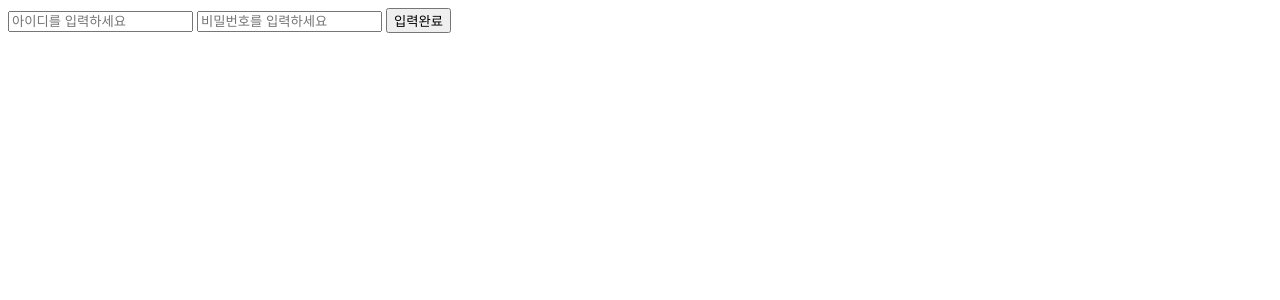
Repository: Andante8989/jsp_practice
Page: http://localhost/JSPBasic/jspobject/cookie/cookie_login.jsp
These files come from the project's save history. The page is drawn as it stood at one moment and after the next save; the edit follows.
The browser window is 1280 px wide. The pictures show the whole page.
The page is served by Tomcat 9.

Above is the page before, as saved 2022-03-28 11:49:25.

After the next save:
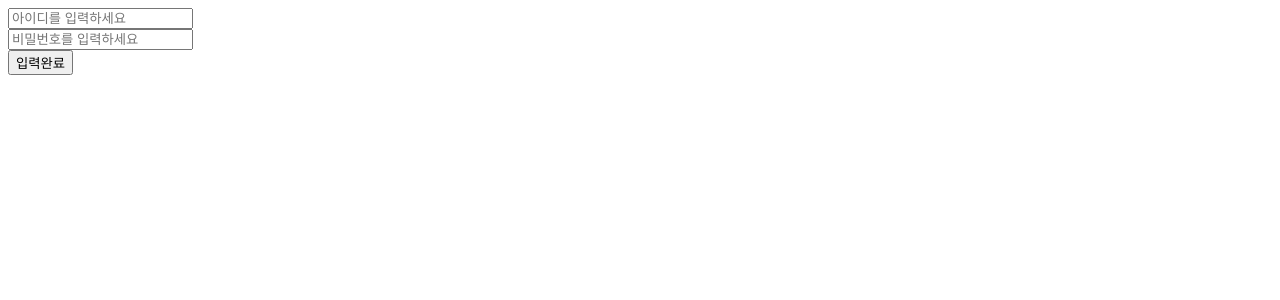
Saved 57 s later.
--- a/JSPBasic/src/main/webapp/jspobject/cookie/cookie_login.jsp
+++ b/JSPBasic/src/main/webapp/jspobject/cookie/cookie_login.jsp
@@ -14,8 +14,8 @@
 	목적지 : cookie_login_check.jsp , 메서드 : post
 	name:id, name:pw 를 submit 버튼을 통해 전달합니다. --%>
 <form action="cooke_login_check.jsp" method="post">
-	<input type="text" name="login" placeholder="아이디를 입력하세요">
-	<input type="password" name="login" placeholder="비밀번호를 입력하세요">
+	<input type="text" name="login" placeholder="아이디를 입력하세요"><br/>
+	<input type="password" name="login" placeholder="비밀번호를 입력하세요"><br/>
 	<input type="submit" value="입력완료">
 </form>
 </body>
